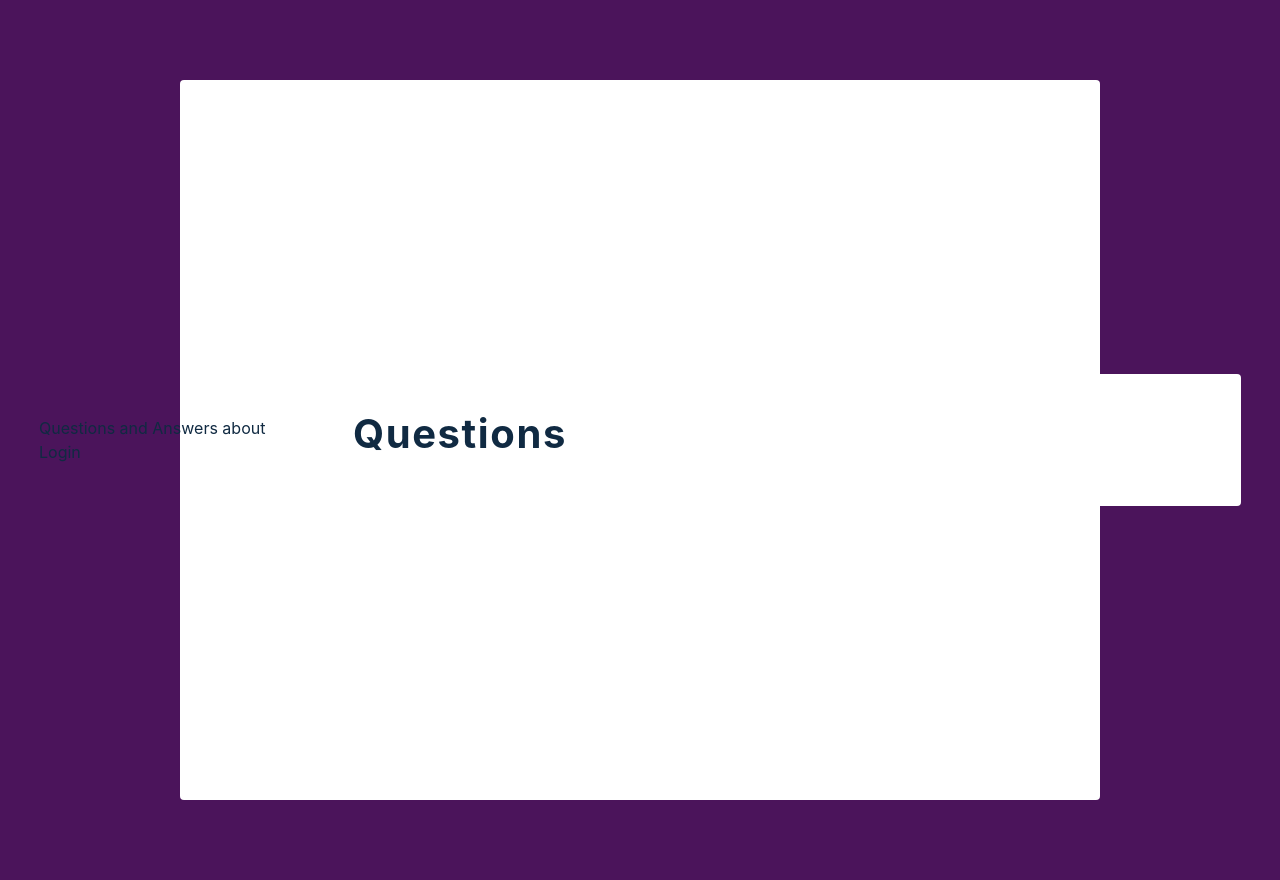
Repository: Reghanoid/Accordion
Page: /
An editor plug-in stored every save of this project. The page is shown before and after the next save, followed by the edit.
The browser window is 1280 px wide. The pictures show the whole page.
The project was rebuilt for these pictures with package versions that can differ from the ones it lists, and the page was loaded fresh each time.

Above is the page before, as saved 2022-06-06 15:24:14.

After the next save:
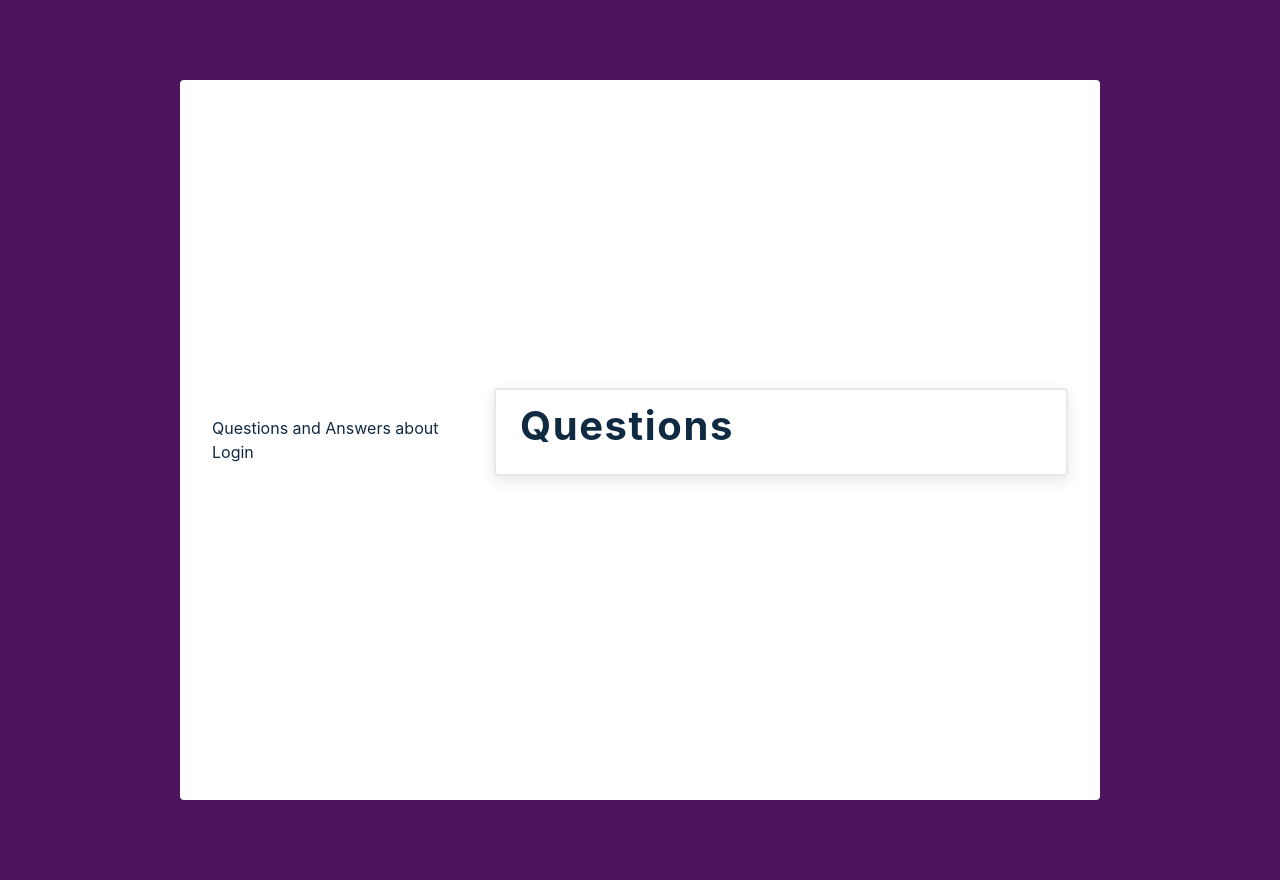
Saved 7 s later.
--- a/src/App.js
+++ b/src/App.js
@@ -5,7 +5,7 @@ function App() {
   return (
     <main className='container'>
       <header>Questions and Answers about Login</header>
-      <section className='container'>
+      <section className='question'>
         <SingleQuestion />
       </section>
     </main>
